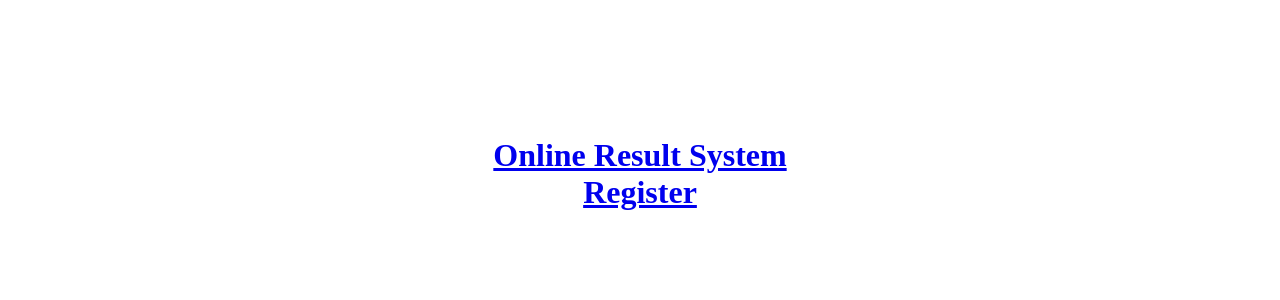
Repository: quaidjohar53/Adv-java
Page: http://localhost/Adv-java_JSPservlet/
An editor plug-in stored every save of this project. The page is shown before and after the next save, followed by the edit.
The browser window is 1280 px wide. The pictures show the whole page.
The page is served by Tomcat 9.

Above is the page before, as saved 2026-07-24 08:09:09.

After the next save:
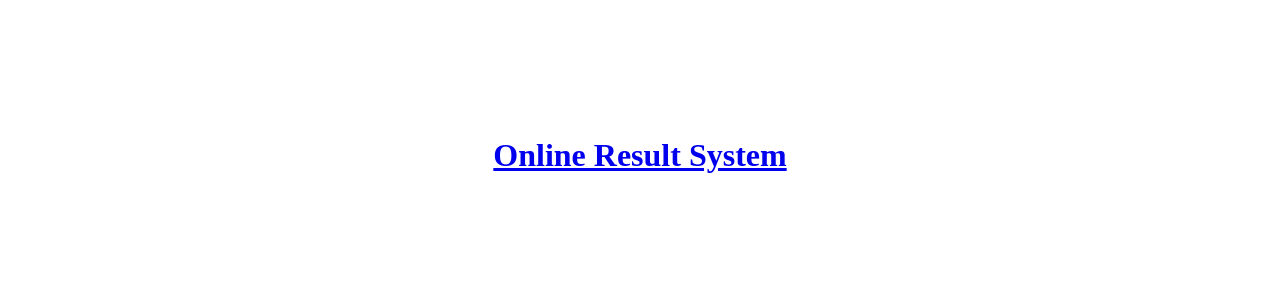
Saved 38 s later.
--- a/Adv-java_JSPservlet/src/main/webapp/index.jsp
+++ b/Adv-java_JSPservlet/src/main/webapp/index.jsp
@@ -16,8 +16,7 @@
 	<div align="center">
 		<h1>
 			<a href="WelcomeCtl">Online Result System</a>
-			<br>
-<a href="UserRegistrationView.jsp">Register</a>
+
 		</h1>
 	</div>
 </body>
